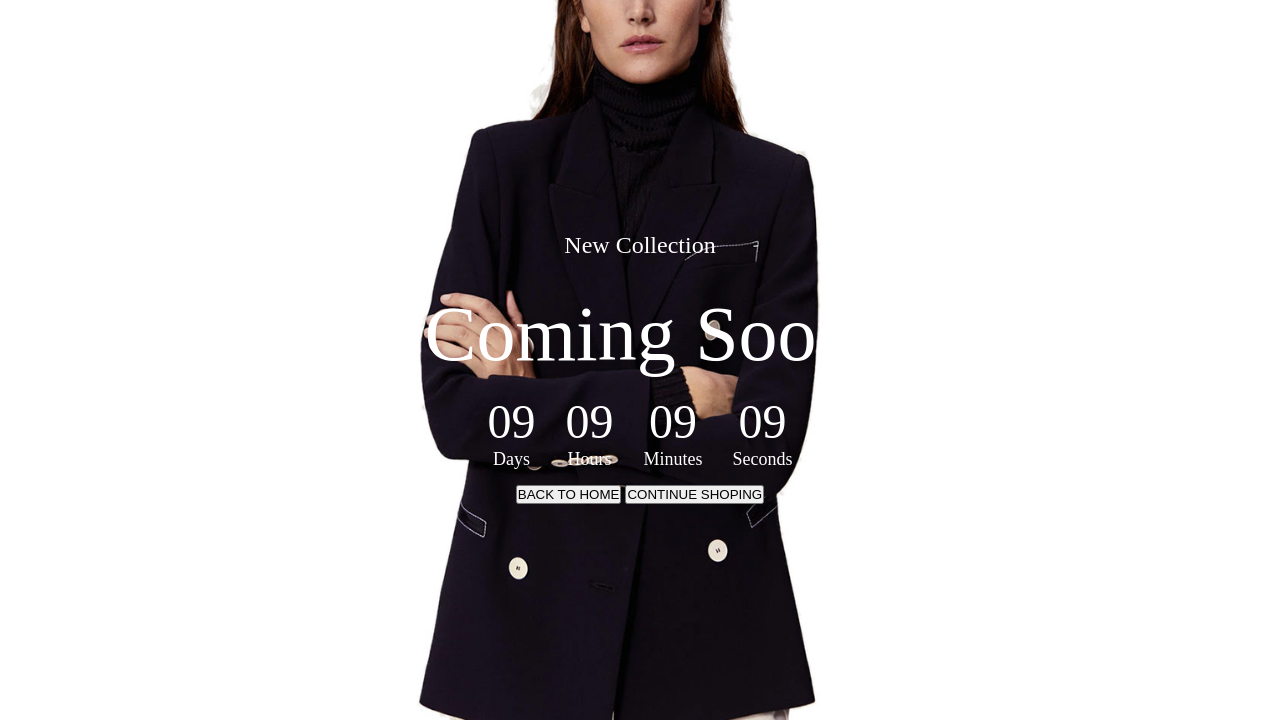
Repository: ST-United-Internship/Modaz-4life
Page: comingsoon&FAQ/coming-soon.html
These files come from the project's save history. The page is drawn as it stood at one moment and after a run of saves; the edit follows.
The browser window is 1280 px wide. The pictures show the whole page.

Above is the page before, as saved 2023-03-21 14:58:02.

After the next 10 saves:
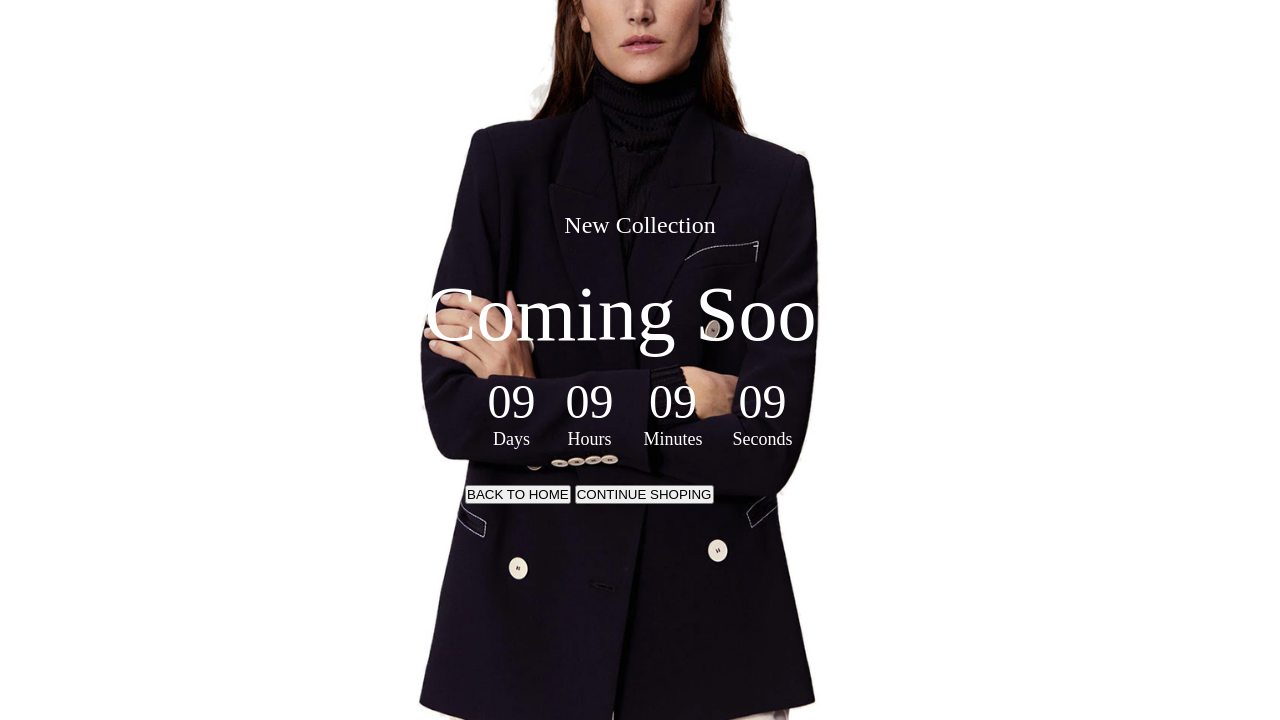
The 10 saves are shown as one change because they came seconds apart.
The last was saved 91 s later.
--- a/comingsoon&FAQ/css/layout.css
+++ b/comingsoon&FAQ/css/layout.css
@@ -110,5 +110,8 @@ body .container{
 
 .flat-button{
     position: relative;
-
+    height: 40px;
+    max-width: 350px;
+    width: 100%;
+    margin-top: 20px;
 }
